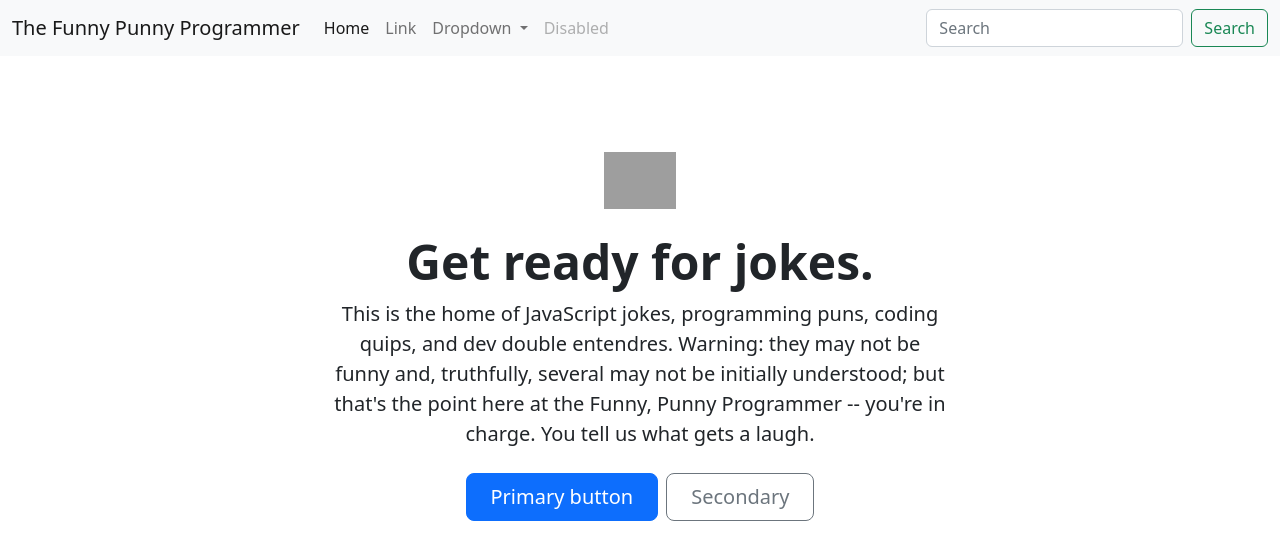
Repository: annferracane/phase-1-personal-project
Page: index.html
An editor plug-in stored every save of this project. The page is shown before and after a run of saves, followed by the edit.
The browser window is 1280 px wide. The pictures show the whole page.
Pictures or frames that could not be fetched are drawn as grey boxes. The page's requests for data from a server got no answer.

Above is the page before, as saved 2022-12-07 13:14:00.

After the next 2 saves:
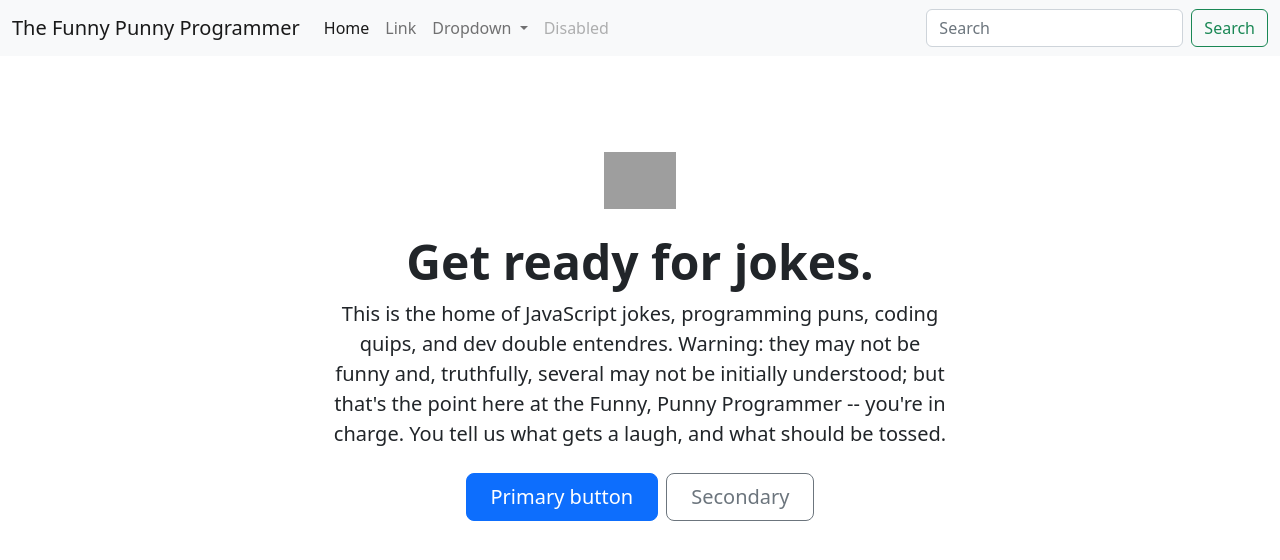
The 2 saves are shown as one change because they came seconds apart.
The last was saved 8 s later.
--- a/src/index.js
+++ b/src/index.js
@@ -5,7 +5,7 @@ document.querySelector('#hero-content').textContent =
 quips, and dev double entendres. Warning: they may not be funny and,
 truthfully, several may not be initially understood; but that's the
 point here at the Funny, Punny Programmer -- you're in charge.
-You tell us what gets a laugh.`;
+You tell us what gets a laugh, and what should be tossed.`;
 
 
 // Fetch jokes from local db.json and call display function
